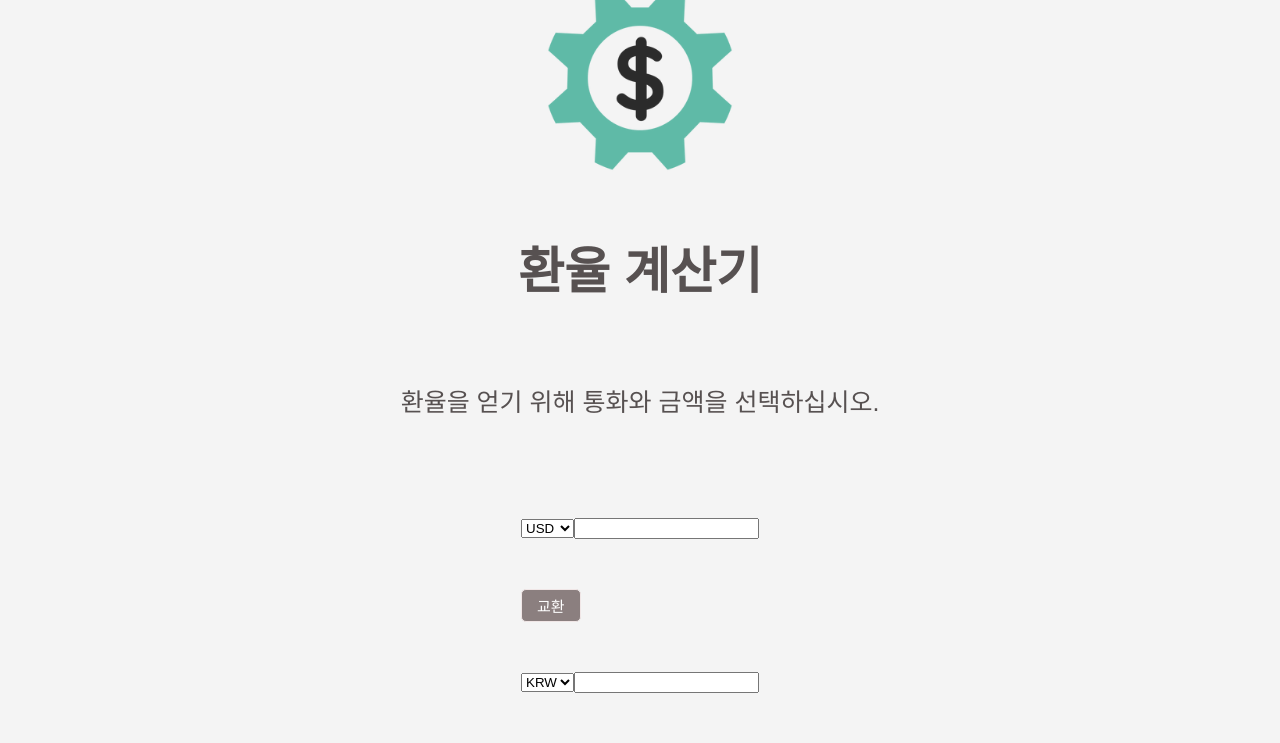
Repository: AbrorjonKuchkarov/exchange-rate
Page: index.html
These files come from the project's save history. The page is drawn as it stood at one moment and after the next save; the edit follows.
The browser window is 1280 px wide. The pictures show the whole page.

Above is the page before, as saved 2022-02-24 01:31:43.

### index.html
<!DOCTYPE html>
<html lang="en">
<head>
   <meta charset="UTF-8">
   <meta http-equiv="X-UA-Compatible" content="IE=edge">
   <meta name="viewport" content="width=device-width, initial-scale=1.0">
<link rel="stylesheet" href="style.css">
   <title>환율</title>
</head>
<body>
   <img src="img/money.png" alt="">
   <h1>환율 계산기 </h1>
   <p>환율을 얻기 위해 통화와 금액을 선택하십시오.</p>

   <div class="container">
      <div class="currency">
         <select id="selectOne">
            <option value="AED">AED</option>
            <option value="ARS">ARS</option>
            <option value="AUD">AUD</option>
            <option value="BGN">BGN</option>
            <option value="BRL">BRL</option>
            <option value="BSD">BSD</option>
            <option value="CAD">CAD</option>
            <option value="CHF">CHF</option>
            <option value="CLP">CLP</option>
            <option value="CNY">CNY</option>
            <option value="COP">COP</option>
            <option value="CZK">CZK</option>
            <option value="DKK">DKK</option>
            <option value="DOP">DOP</option>
            <option value="EGP">EGP</option>
            <option value="EUR">EUR</option>
            <option value="FJD">FJD</option>
            <option value="GBP">GBP</option>
            <option value="GTQ">GTQ</option>
            <option value="HKD">HKD</option>
            <option value="HRK">HRK</option>
            <option value="HUF">HUF</option>
            <option value="IDR">IDR</option>
            <option value="ILS">ILS</option>
            <option value="INR">INR</option>
            <option value="ISK">ISK</option>
            <option value="JPY">JPY</option>
            <option value="KRW">KRW</option>
            <option value="KZT">KZT</option>
            <option value="MXN">MXN</option>
            <option value="MYR">MYR</option>
            <option value="NOK">NOK</option>
            <option value="NZD">NZD</option>
            <option value="PAB">PAB</option>
            <option value="PEN">PEN</option>
            <option value="PHP">PHP</option>
            <option value="PKR">PKR</option>
            <option value="PLN">PLN</option>
            <option value="PYG">PYG</option>
            <option value="RON">RON</option>
            <option value="RUB">RUB</option>
            <option value="SAR">SAR</option>
            <option value="SEK">SEK</option>
            <option value="SGD">SGD</option>
            <option value="THB">THB</option>
            <option value="TRY">TRY</option>
            <option value="TWD">TWD</option>
            <option value="UAH">UAH</option>
            <option value="USD" selected>USD</option>
            <option value="UYU">UYU</option>
            <option value="VND">VND</option>
            <option value="ZAR">ZAR</option>
         </select>
         <input type="number" class="inputOne" >
      </div>

      <div class="swap">
         <button class="btn">교환</button>
         <div class="rate"></div>
      </div>

      <div class="currency">
         <select id="selectTwo">
         <option value="AED">AED</option>
         <option value="ARS">ARS</option>
         <option value="AUD">AUD</option>
         <option value="BGN">BGN</option>
         <option value="BRL">BRL</option>
         <option value="BSD">BSD</option>
         <option value="CAD">CAD</option>
         <option value="CHF">CHF</option>
         <option value="CLP">CLP</option>
         <option value="CNY">CNY</option>
         <option value="COP">COP</option>
         <option value="CZK">CZK</option>
         <option value="DKK">DKK</option>
         <option value="DOP">DOP</option>
         <option value="EGP">EGP</option>
         <option value="EUR">EUR</option>
         <option value="FJD">FJD</option>
         <option value="GBP">GBP</option>
         <option value="GTQ">GTQ</option>
         <option value="HKD">HKD</option>
         <option value="HRK">HRK</option>
         <option value="HUF">HUF</option>
         <option value="IDR">IDR</option>
         <option value="ILS">ILS</option>
         <option value="INR">INR</option>
         <option value="ISK">ISK</option>
         <option value="JPY">JPY</option>
         <option value="KRW" selected>KRW</option>
         <option value="KZT">KZT</option>
         <option value="MXN">MXN</option>
         <option value="MYR">MYR</option>
         <option value="NOK">NOK</option>
         <option value="NZD">NZD</option>
         <option value="PAB">PAB</option>
         <option value="PEN">PEN</option>
         <option value="PHP">PHP</option>
         <option value="PKR">PKR</option>
         <option value="PLN">PLN</option>
         <option value="PYG">PYG</option>
         <option value="RON">RON</option>
         <option value="RUB">RUB</option>
         <option value="SAR">SAR</option>
         <option value="SEK">SEK</option>
         <option value="SGD">SGD</option>
         <option value="THB">THB</option>
         <option value="TRY">TRY</option>
         <option value="TWD">TWD</option>
         <option value="UAH">UAH</option>
         <option value="USD">USD</option>
         <option value="UYU">UYU</option>
         <option value="VND">VND</option>
         <option value="ZAR">ZAR</option>
      </select>
      <input type="number" class="inputTwo" >
      </div>
   </div>




   <script src="app.js"></script>
</body>
</html>

### style.css
*{
   box-sizing: border-box;
}

body {
   font-family: Arial, Helvetica, sans-serif;
   margin: 0;
   display: flex;
   flex-direction: column;
   align-items: center;
   justify-content: center;
   height: 100vh;
   background-color: #f4f4f4;
   padding: 10px;
}

img {
   width: 200px;
}

h1{
   font-size: 50px;
   color: #575151;
   padding: 20px 0;
}

p{
   color: #575151;
   font-size: 25px;
   padding-bottom: 25px;
   text-align: center;
}

.btn{
   padding: 5px 15px;
   border-radius: 5px;
   border: 1px solid #f0e6e6;
   background-color: #8b7f7f;
   color: #fff;
   cursor: pointer;
   font-size: 15px;
}

.currency {
   margin: 30px 0;
   padding: 20px 0;
   display: flex;
   align-items: center;
   justify-content: space-between;
}

#selectOne{


}

Loaded but not shown: app.js (no copy from this time; the picture is the same without it)

After the next save:
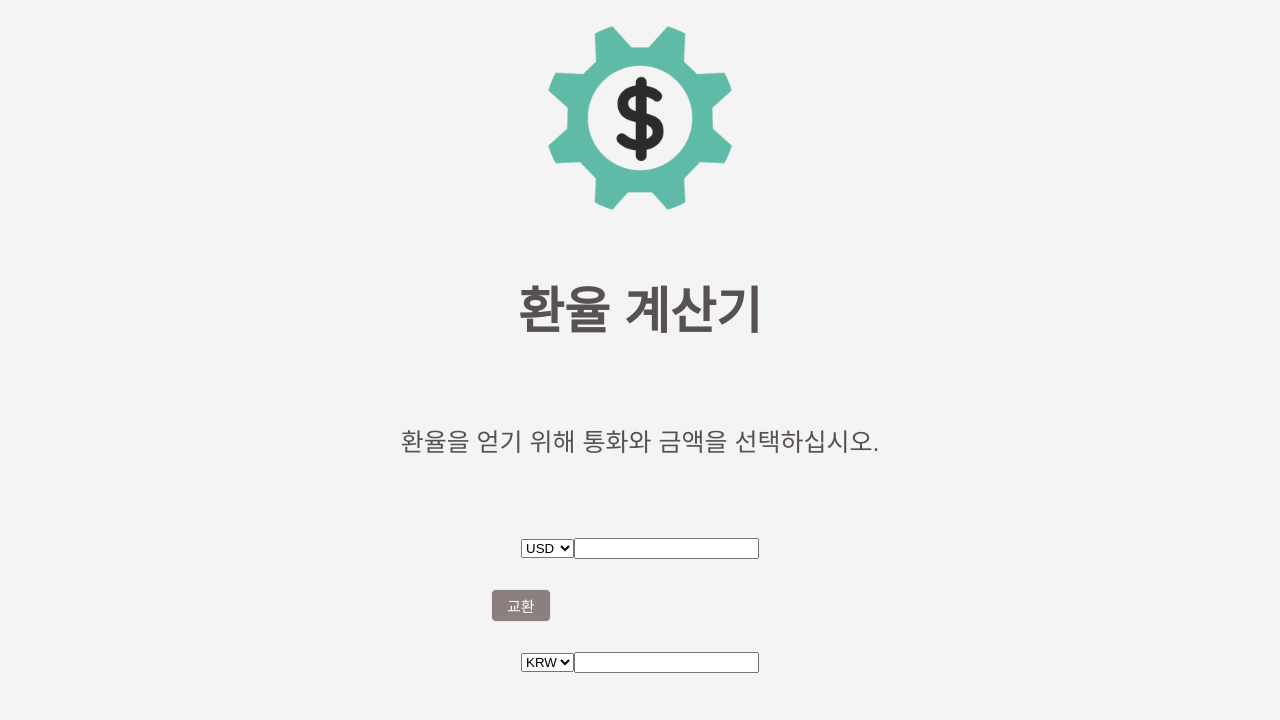
Saved 37 s later.
--- a/style.css
+++ b/style.css
@@ -47,6 +47,7 @@
    display: flex;
    align-items: center;
    justify-content: space-between;
+   padding: 0 30px;
 }
 
 #selectOne{

After the save that followed:
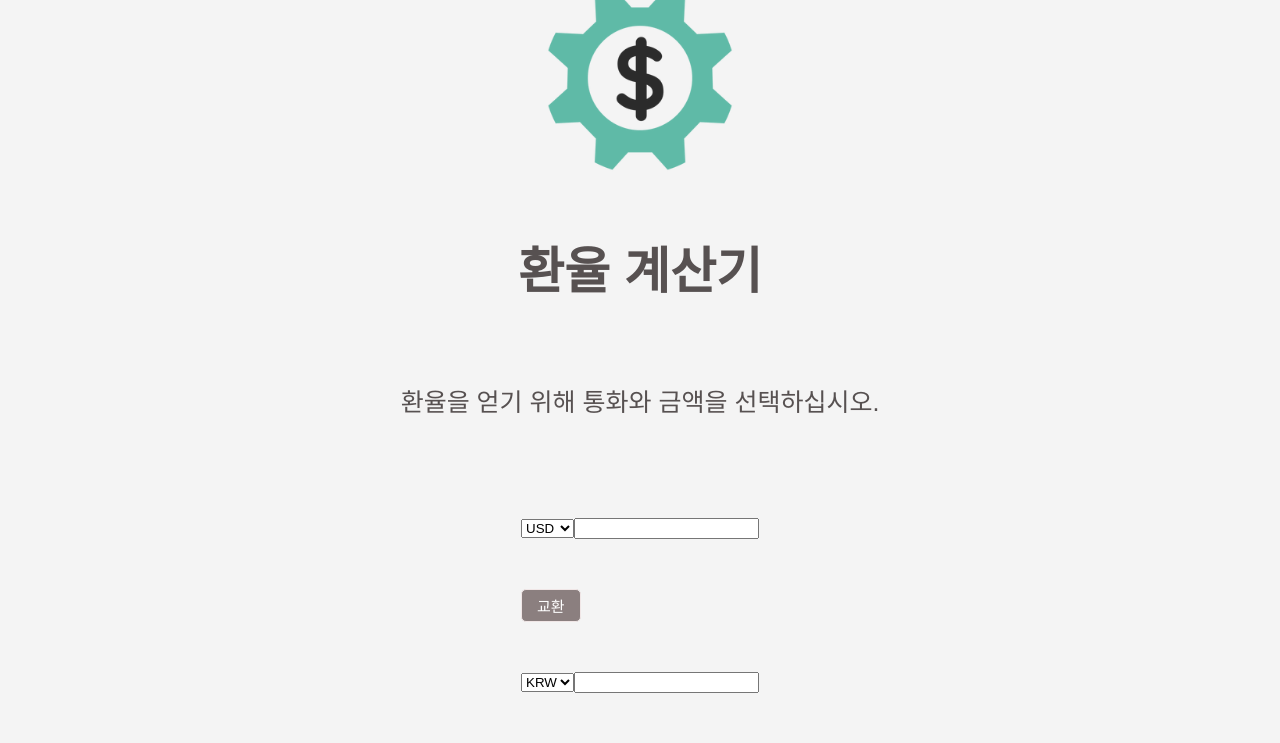
Saved 11 s later.
--- a/style.css
+++ b/style.css
@@ -47,7 +47,6 @@
    display: flex;
    align-items: center;
    justify-content: space-between;
-   padding: 0 30px;
 }
 
 #selectOne{
